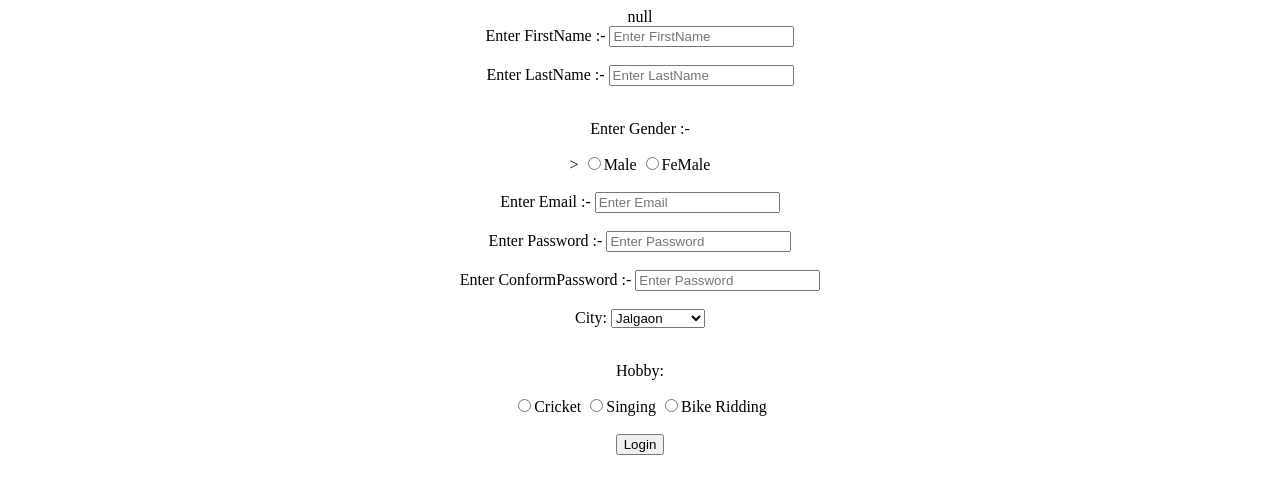
Repository: shzkhar/ISM_ADV_JAVA_23
Page: http://localhost/JSPRegiDemo/Regi.jsp
The author's editor kept a copy of each file at every save. The page is drawn from the files as they stood at one save, then again after the next save.
The browser window is 1280 px wide. The pictures show the whole page.
The page is served by Tomcat 9. Other server files are loaded and not shown.

Above is the page before, as saved 2023-04-02 13:15:19.

### JSPRegiDemo/src/main/webapp/Regi.jsp
<%@ page language="java" contentType="text/html; charset=ISO-8859-1"
    pageEncoding="ISO-8859-1"%>
<!DOCTYPE html>
<html>
<head>
<meta charset="ISO-8859-1">
<title>Insert title here</title>
</head>
<body align="center">
 <% String error = (String)request.getAttribute("error"); %>
    <%= error %>

    <form action="Registration" method="post">
            Enter FirstName :- <input type="text" name="firstname" placeholder="Enter FirstName"/><br><br>
            Enter LastName :- <input type="text" name="lastname" placeholder="Enter LastName"/><br><br>
            <p>Enter Gender :-</p>> <input type="radio" name="gender" value="male"/>Male
                            <input type="radio" name="gender" value="female"/>FeMale <br><br>
            Enter Email :- <input type="text" name="email" placeholder="Enter Email"/><br><br>
            Enter Password :- <input type="password" name="pass" placeholder="Enter Password"/><br><br>
            Enter ConformPassword :- <input type="password" name="cnfpass" placeholder="Enter Password"/><br><br>

            <label for="City">City:</label>
                  <select id="city" name="city">
                      <option value="Jalgaon">Jalgaon</option>
                      <option value="Pune">Pune</option>
                      <option value="Mumbai">Mumbai</option>
                      <option value="Ahmedabad">Ahmedabad</option>
                   </select><br><br>


           <p>Hobby:</p>
  <input type="radio" id="hobbi1" name="hobbi" value="Cricket">Cricket

  <input type="radio" id="hobbi2" name="hobbi" value="Singing">Singing

  <input type="radio" id="hobbi3" name="hobbi" value="Bike Ridding">Bike Ridding

<br><br>

        <input type="submit" value="Login">

    </form>

</body>
</html>

After the next save:
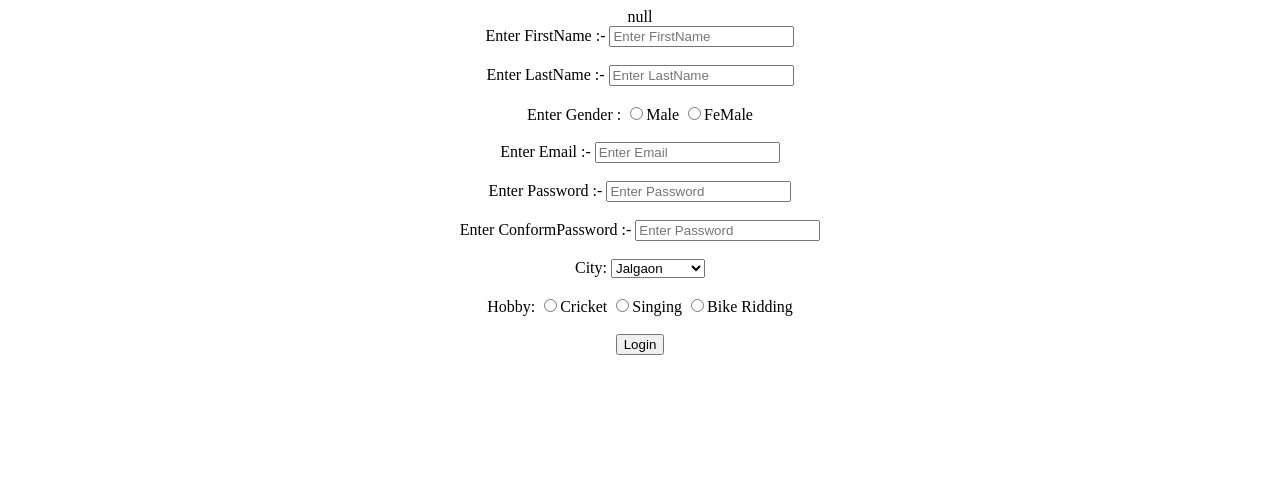
Saved 27 s later.
--- a/JSPRegiDemo/src/main/webapp/Regi.jsp
+++ b/JSPRegiDemo/src/main/webapp/Regi.jsp
@@ -13,7 +13,7 @@
     <form action="Registration" method="post">
             Enter FirstName :- <input type="text" name="firstname" placeholder="Enter FirstName"/><br><br>
             Enter LastName :- <input type="text" name="lastname" placeholder="Enter LastName"/><br><br>
-            <p>Enter Gender :-</p>> <input type="radio" name="gender" value="male"/>Male
+            Enter Gender : <input type="radio" name="gender" value="male"/>Male
                             <input type="radio" name="gender" value="female"/>FeMale <br><br>
             Enter Email :- <input type="text" name="email" placeholder="Enter Email"/><br><br>
             Enter Password :- <input type="password" name="pass" placeholder="Enter Password"/><br><br>
@@ -28,7 +28,7 @@
                    </select><br><br>
 
 
-           <p>Hobby:</p>
+           Hobby:
   <input type="radio" id="hobbi1" name="hobbi" value="Cricket">Cricket
 
   <input type="radio" id="hobbi2" name="hobbi" value="Singing">Singing
